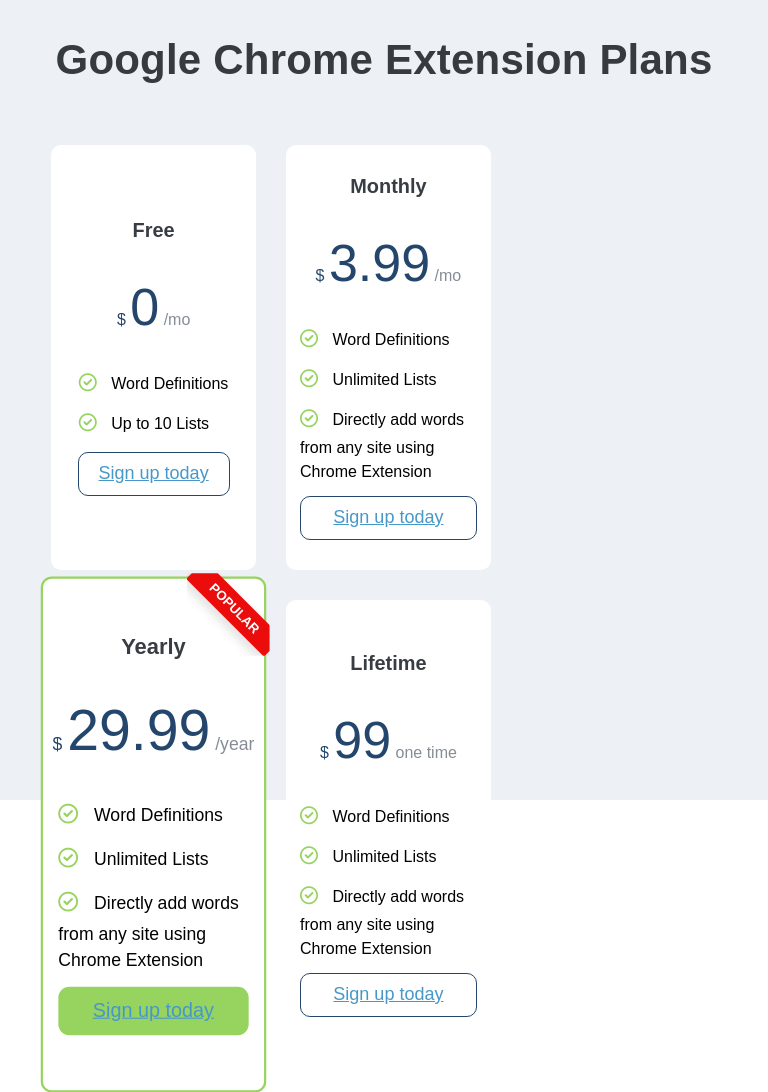
Repository: Novoselets28/chatos-test-task
Page: index.html
The author's editor kept a copy of each file at every save. The page is drawn from the files as they stood at one save, then again after the next save.
The browser window is 768 px wide. The pictures show the whole page.

Above is the page before, as saved 2023-04-20 00:41:55.

### index.html
<!DOCTYPE html>
<html lang="en">
<head>
    <meta charset="UTF-8">
    <meta http-equiv="X-UA-Compatible" content="IE=edge">
    <meta name="viewport" content="width=device-width, initial-scale=1.0">
    <link rel="stylesheet" type="text/css" href="index.css" />
    <link rel="stylesheet" href="https://cdnjs.cloudflare.com/ajax/libs/font-awesome/6.0.0/css/all.min.css">
    <link rel="preconnect" href="https://fonts.googleapis.com">
    <link rel="preconnect" href="https://fonts.gstatic.com" crossorigin>
    <link href="https://fonts.googleapis.com/css2?family=Arimo:wght@400;700&family=Rubik&display=swap" rel="stylesheet">
    <title>Document</title>
</head>
<body>
    <div class="page__extension extension">
        <div class="extension__container _container">
            <div class="extension__header header-block">
                <h2 class="header-block__title">Google Chrome Extension Plans</h2>
            </div>
            <div class="extension__items">
                <!-- Modern pricing table - Free -->
                <div class="extension__item item-extension">
                    <h5 class="item-extension__title">Free</h5>
                    <div class="item-extension__price price-item">
                        <span class="price-item__dollar">$</span>
                        <span class="price-item__number">0</span>
                        <span class="price-item__label">/mo</span>
                    </div>
                    <div class="item-extension__points">
                        <ul class="item-extension__point point-list">
                            <li class="point-list__item">
                                <i class="icon fa-regular fa-circle-check" style="color: #96d35f;"></i>
                                Word Definitions
                            </li>
                            <li class="point-list__item">
                                <i class="icon fa-regular fa-circle-check" style="color: #96d35f;"></i>
                                Up to 10 Lists
                            </li>
                        </ul>
                        <a href="https://boostvocab.com/register" class="item-extension__button">Sign up today</a>
                    </div>

                </div>
                <!-- END : Modern pricing table - Free -->
                <!-- Modern pricing table - MOnthly -->
                <div class="extension__item item-extension">
                    <h5 class="item-extension__title">Monthly</h5>
                    <div class="item-extension__price price-item">
                        <span class="price-item__dollar">$</span>
                        <span class="price-item__number">3.99</span>
                        <span class="price-item__label">/mo</span>
                    </div>
                    <div class="item-extension__points">
                        <ul class="item-extension__point point-list">
                            <li class="point-list__item">
                                <i class="icon fa-regular fa-circle-check" style="color: #96d35f;"></i>
                                Word Definitions
                            </li>
                            <li class="point-list__item">
                                <i class="icon fa-regular fa-circle-check" style="color: #96d35f;"></i>
                                Unlimited Lists
                            </li>
                            <li class="point-list__item">
                                <i class="icon fa-regular fa-circle-check" style="color: #96d35f;"></i>
                                Directly add words from any site using Chrome Extension
                            </li>
                        </ul>
                        <a target="new" href="https://buy.stripe.com/5kAdRpbLh3k71RS6oo" class="item-extension__button">Sign up today</a>
                    </div>
                </div>
                <!-- END : Modern pricing table - Monthly -->
                <!-- Modern pricing table - Yearly -->
                <div class="extension__item item-extension item-extension_active">
                    <div class="ribbon"><span>POPULAR</span></div>
                    <h5 class="item-extension__title">Yearly</h5>
                    <div class="item-extension__price price-item">
                        <span class="price-item__dollar">$</span>
                        <span class="price-item__number">29.99</span>
                        <span class="price-item__label">/year</span>
                    </div>
                    <div class="item-extension__points">
                       <ul class="item-extension__point point-list">
                            <li class="point-list__item">
                                <i class="icon fa-regular fa-circle-check" style="color: #96d35f;"></i>
                                Word Definitions
                            </li>
                            <li class="point-list__item">
                                <i class="icon fa-regular fa-circle-check" style="color: #96d35f;"></i>
                                Unlimited Lists
                            </li>
                            <li class="point-list__item">
                                <i class="icon fa-regular fa-circle-check" style="color: #96d35f;"></i>
                                Directly add words from any site using Chrome Extension
                            </li>
                        </ul>
                        <a target="new" href="https://buy.stripe.com/aEU6oX3eL6wjdAA7st" class="item-extension__button">Sign up today</a>
                    </div>
                </div>
                <!-- END : Modern pricing table - Yearly -->
                <!-- Modern pricing table - Lifetime -->
                <div class="extension__item item-extension">
                    <h5 class="item-extension__title">Lifetime</h5>
                    <div class="item-extension__price price-item">
                        <span class="price-item__dollar">$</span>
                        <span class="price-item__number">99</span>
                        <span class="price-item__label">one time</span>
                    </div>
                    <div class="item-extension__points">
                        <ul class="item-extension__point point-list">
                            <li class="point-list__item">
                                <i class="icon fa-regular fa-circle-check" style="color: #96d35f;"></i>
                                Word Definitions
                            </li>
                            <li class="point-list__item">
                                <i class="icon fa-regular fa-circle-check" style="color: #96d35f;"></i>
                                Unlimited Lists
                            </li>
                            <li class="point-list__item">
                                <i class="icon fa-regular fa-circle-check" style="color: #96d35f;"></i>
                                Directly add words from any site using Chrome Extension
                            </li>
                        </ul>
                        <a target="new" href="https://buy.stripe.com/4gwfZxbLh8Er54428a" class="item-extension__button">Sign up today</a>
                    </div>
                </div>
            </div>
            <!-- END : Modern pricing table - Lifetime -->
        </div>
    </div>
</body>
</html>

### index.css
*{
    margin: 0;
    padding: 0;
    box-sizing: border-box;
}

.extension__container{
    background-color: #edf0f5;
}

._container{
    max-width: 1440px;
    height: 100vh;
    padding: 0 0.9375rem;
    margin: 0 auto;
    box-sizing: content-box;
    font-family: 'Arimo', sans-serif;
}

@media (max-width: 1024px){
    ._container{
        max-width: none;
    }
}

.extension__header{
    margin: 0 0 2.5rem 0;
    padding: 1.875rem 0 0;
}

.header-block{
    text-align: center;
}

.header-block__title{
    font-size: 2.625rem;
    letter-spacing: 0.2px;
    font-weight: 700;
    line-height: 142%;
    color: #363b3f;
}

.extension__items{
    display: flex;
    align-items: stretch;
    justify-content: center;
    font-family: inherit;
    font-size: 1.5rem;
}

@media (max-width: 1024px){
    .extension__items{
        display: flex;
        flex-wrap: wrap;

    }
}

@media (max-width: 768px){
    .extension__items{
        display: flex;
        flex-wrap: wrap;
        width: 512px;
    }
}

.extension__item{
    flex: 0 1 25%;
}


.item-extension{
    display: flex;
    flex-direction: column;
    justify-content: center;
    align-items: center;
    background-color: #fff;
    padding: 1.875rem 0;
    border-radius: 0.625rem;
}

@media (max-width: 1024px){
    .extension__item{
        flex: 0 1 40%;
        margin: 15px;
    }
}

@media (max-width: 768px){
    .extension__item{
        flex: 0 1 40%;
        margin: 15px;
    }
}

.item-extension_active{
    border: 2px solid #96d35f;
    left: 0px;
    position: relative;
    top: 0px;
    padding: 3.125rem 0;
    transform: scale(1.1);
    z-index: 1;
}

.item-extension_active .item-extension__button{
    background-color: #96d35f;
    border: none;
}

.ribbon {
    width: 4.6875rem;
    height: 4.6875rem;
    position: absolute;
    top: -0.3125rem;
    right: -0.3125rem;
    overflow: hidden;
}

.ribbon span {
    position: absolute;
    font-family: 'Arimo', sans-serif;
    font-weight: bold;
    top: 1.25rem;
    right: -1.125rem;
    transform: rotate(45deg);
    width: 6.25rem;
    background: #eb0c0c;
    padding: 5px 0;
    color: #fff;
    text-align: center;
    font-size: 0.75rem;
    box-shadow: 0 0.3125rem 0.625rem rgba(0,0,0,0.12);
}

.item-extension__title{
    color: #373d42;
    margin: 0 0 2.1875rem;
}

.item-extension__price{
    color: #24466c;
}

.price-item{
    margin: 0 0 1.5625rem;
    font-size: 1.5rem;
    text-align: center;
    font-family: 'Poppins', sans-serif;
    font-weight: lighter;
}

@media (max-width: 1024px){
    .price-item{
        font-size: 1rem;
    }
}

.price-item__dollar{
    font-size: 1rem;
}

.price-item__number{
    text-transform: uppercase;
    font-size: 5.25rem;
}

@media (max-width: 1024px){
    .price-item__number{
        font-size: 3.25rem;
    }
}

.price-item__label{
    color: #878d96;
    font-size: 1rem;
}

.item-extension__points{
    display: flex;
    flex-direction: column;
    justify-content: center;
    align-items: center;
    margin: 0 1.875rem;
}

@media (max-width: 1024px){
    .item-extension__points{
        margin: 0 0.875rem;
    }
}

.item-extension__point{
    color: inherit;
    font-weight: 400;
    line-height: 150%;
    font-size: 1rem;
    display: flex;
    flex-direction: column;
    justify-content: space-around;
    align-items: center;
    margin: 0 0 0.625rem;
}

.point-list{

}

.point-list__item .icon{
    content: "f058";
    font-family: "Font Awesome 6 Free";
    font-size: 1.125rem;
    line-height: 2;
    padding: 0 0.625rem 0 0;
}

.point-list__item{
    list-style-type: none;
    width: 100%;
    padding: 0.625rem 0;
}

@media (max-width: 1024px){
    .point-list__item{
        padding: 0.125rem 0;
    }
}

.item-extension__button{
    border: 1px solid #24466c;
    min-height: 2.75rem;
    display: flex;
    font-weight: 400;
    justify-content: center;
    align-items: center;
    line-height: 120%;
    padding: 0.3125rem 1.25rem;
    text-align: center;
    border-radius: 0.625rem;
    width: 100%;
    color: #4798c9;
    font-size: 1.125rem;
}

After the next save:
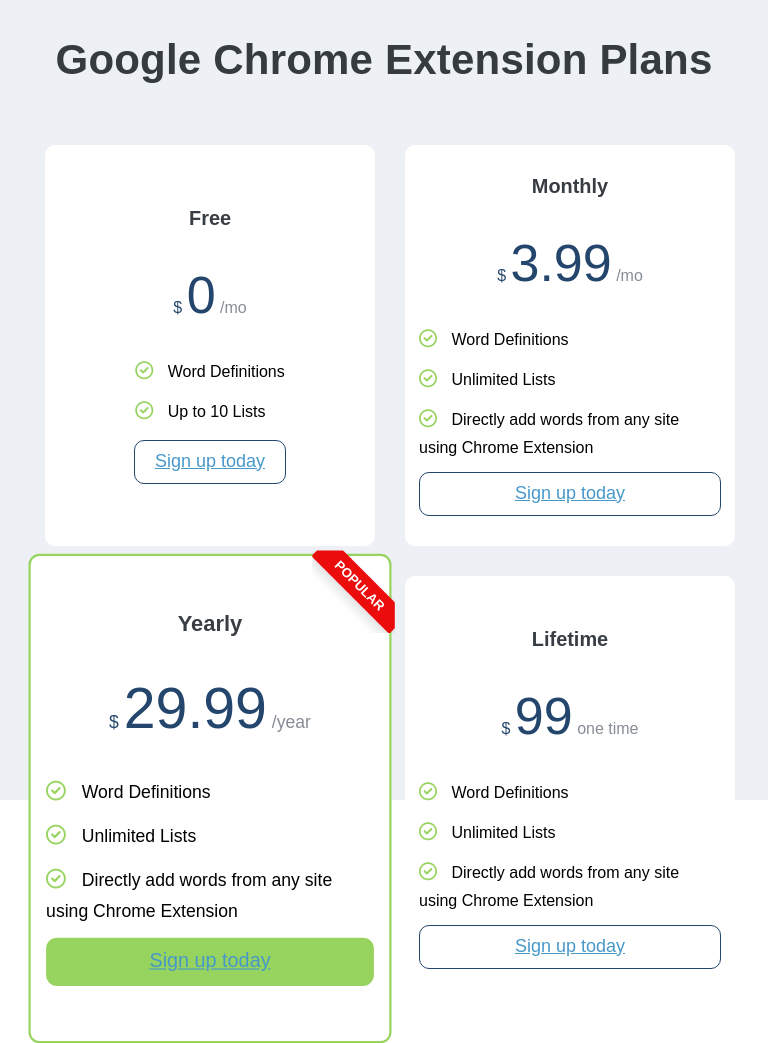
Saved 2 min 38 s later.
--- a/index.css
+++ b/index.css
@@ -60,7 +60,7 @@
     .extension__items{
         display: flex;
         flex-wrap: wrap;
-        width: 512px;
+        width: 750px;
     }
 }
 
@@ -88,7 +88,7 @@
 
 @media (max-width: 768px){
     .extension__item{
-        flex: 0 1 40%;
+        flex: 0 1 44%;
         margin: 15px;
     }
 }
